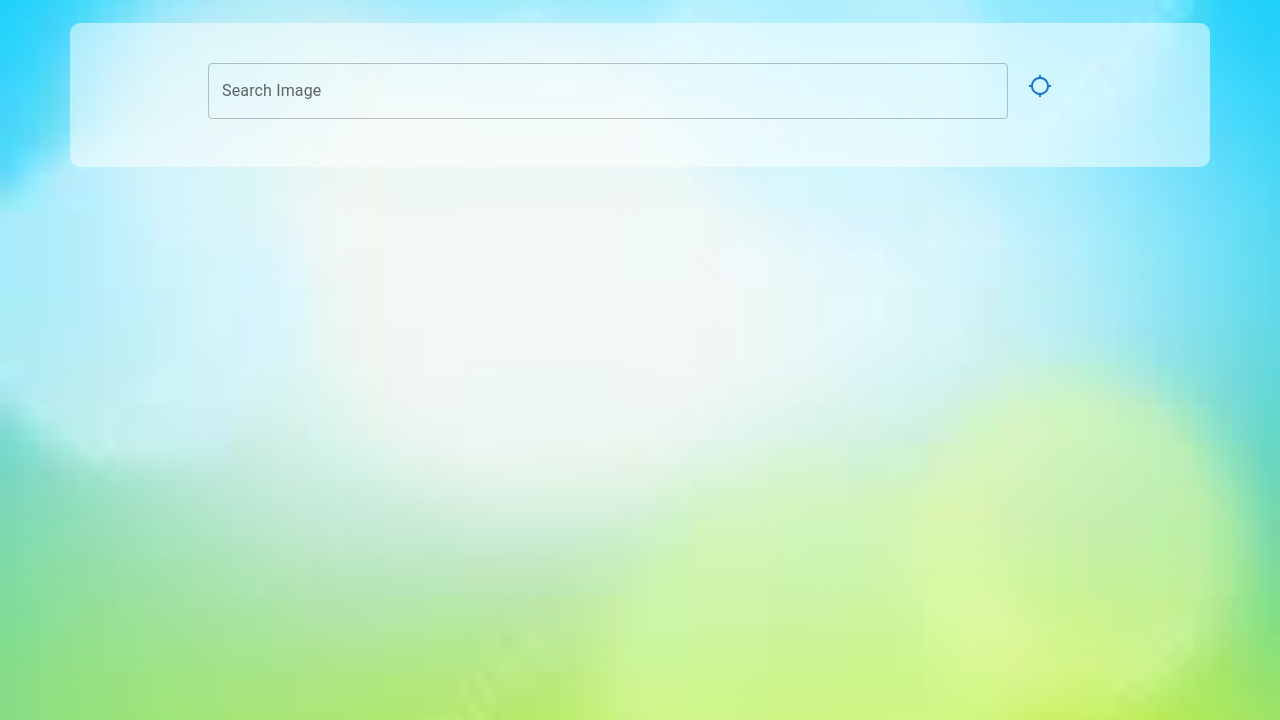
Repository: mohit78911/Snapshot
Page: /
An editor plug-in stored every save of this project. The page is shown before and after the next save, followed by the edit.
The browser window is 1280 px wide. The pictures show the whole page.
The project was rebuilt for these pictures with package versions that can differ from the ones it lists, and the page was loaded fresh each time. Also part of the build but not shown: src/snapshot/SnapshotCss.css, src/snapshot/SearchBox.css.

Above is the page before, as saved 2023-09-01 12:29:35.

After the next save:
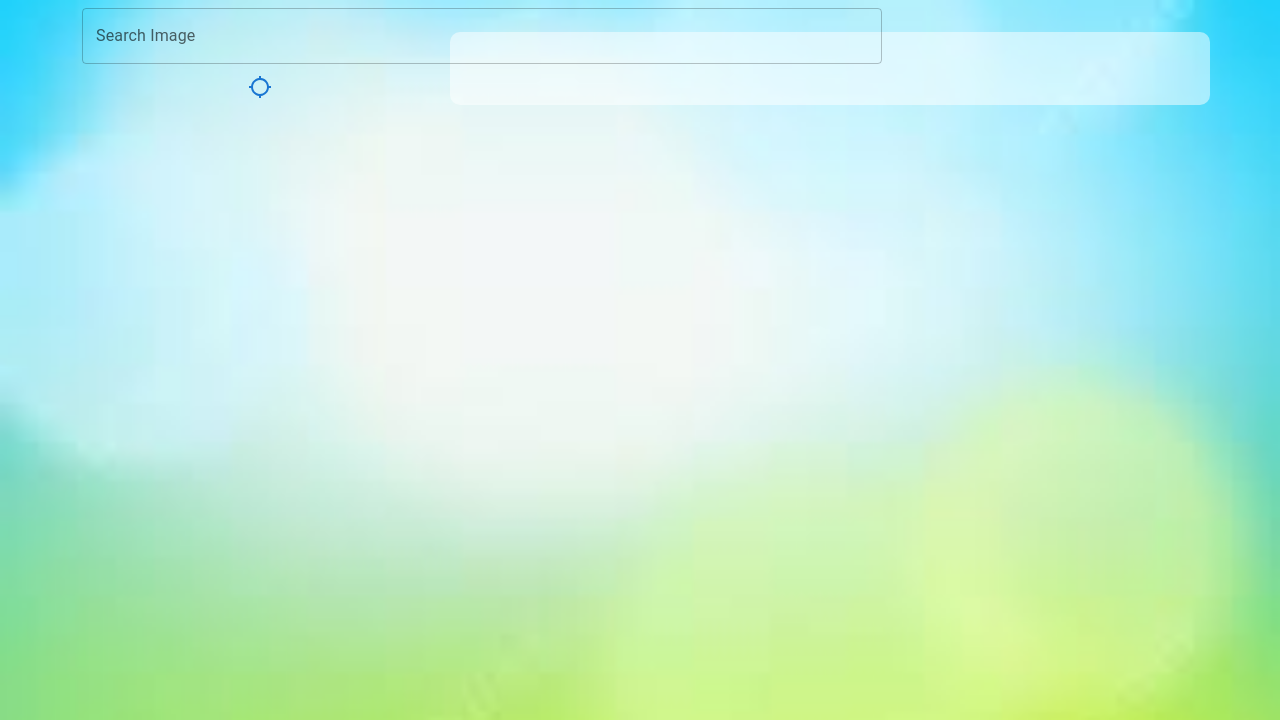
Saved 5 s later.
--- a/src/snapshot/SnapShot.js
+++ b/src/snapshot/SnapShot.js
@@ -35,7 +35,7 @@
   return (
     <div className="container">
       <div className="row">
-        <div className="col-4 firstColoum">
+        <div className="col-4 firstCo loum">
           <SearchBox setImage={setImage} image={image} getData={getData} />
         </div>
         <div className="col secondColoum">

After the save that followed:
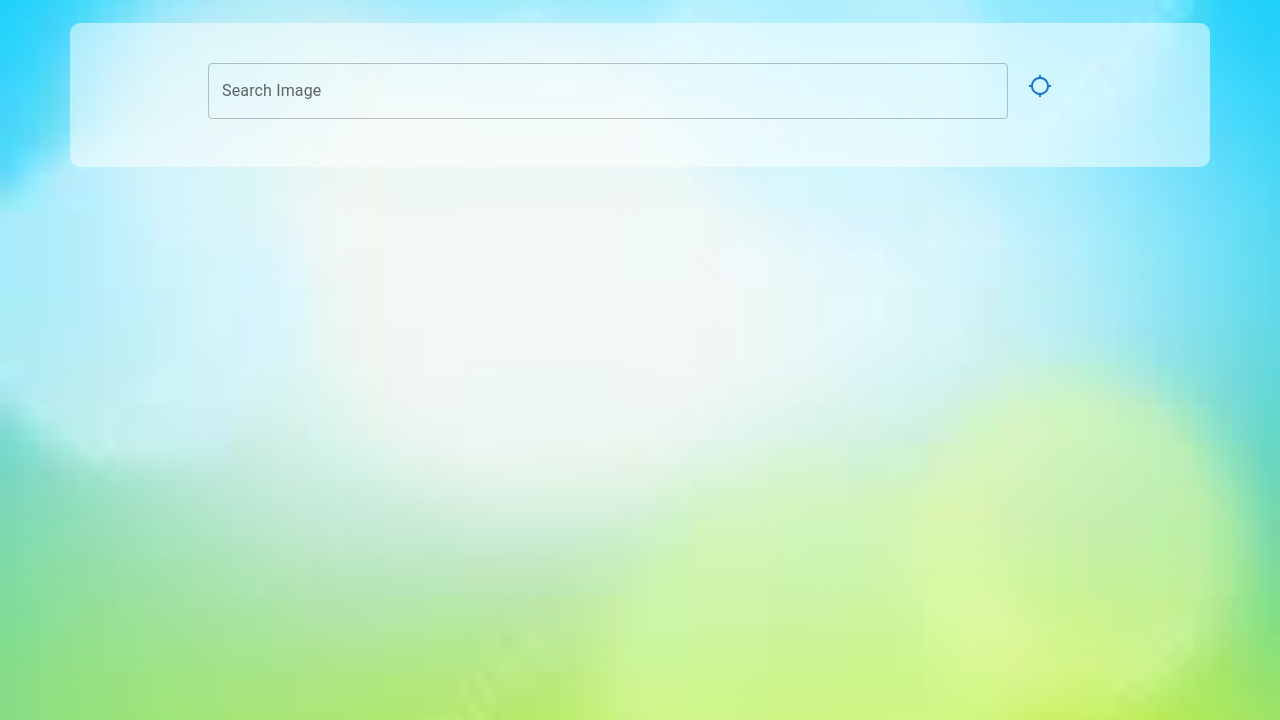
Saved 5 s later.
--- a/src/snapshot/SnapShot.js
+++ b/src/snapshot/SnapShot.js
@@ -35,7 +35,7 @@
   return (
     <div className="container">
       <div className="row">
-        <div className="col-4 firstCo loum">
+        <div className="col-4 firstColoum">
           <SearchBox setImage={setImage} image={image} getData={getData} />
         </div>
         <div className="col secondColoum">
